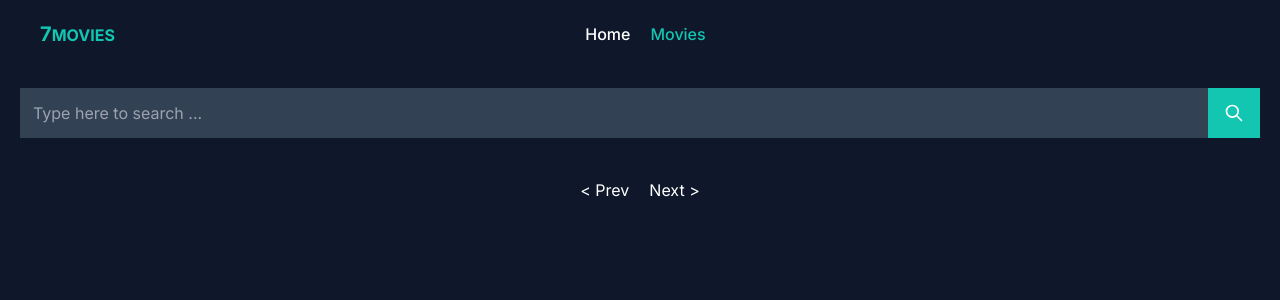
Repository: ajincome26/trailer-movies
Page: /movies
The author's editor kept a copy of each file at every save. The page is drawn from the files as they stood at one save, then again after the next save.
The browser window is 1280 px wide. The pictures show the whole page.
The page's requests for data from a server got no answer. The project was rebuilt for these pictures with package versions that can differ from the ones it lists, and the page was loaded fresh each time. No one was signed in, and anything a server would have sent is missing. Also part of the build but not shown: vite.config.js, src/components/banner/BannerItem.jsx, src/components/banner/Banner.jsx, src/components/movie/MovieCard.jsx, src/components/movie/MovieList.jsx, src/pages/HomePage.jsx, src/pages/MovieDetailsPage.jsx.

Above is the page before, as saved 2023-04-01 23:09:08.

After the next save:
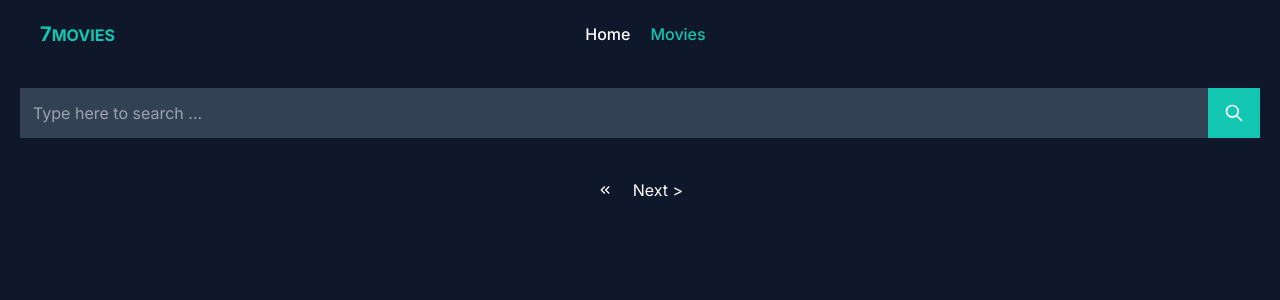
Saved 113 s later.
--- a/src/pages/MoviePage.jsx
+++ b/src/pages/MoviePage.jsx
@@ -79,7 +79,7 @@ const MoviePage = () => {
         onPageChange={handlePageClick}
         pageRangeDisplayed={5}
         pageCount={pageCount}
-        previousLabel="< Prev"
+        previousLabel={<MdKeyboardDoubleArrowLeft />}
         renderOnZeroPageCount={null}
         className="pagination flex justify-center items-center gap-5"
       />
